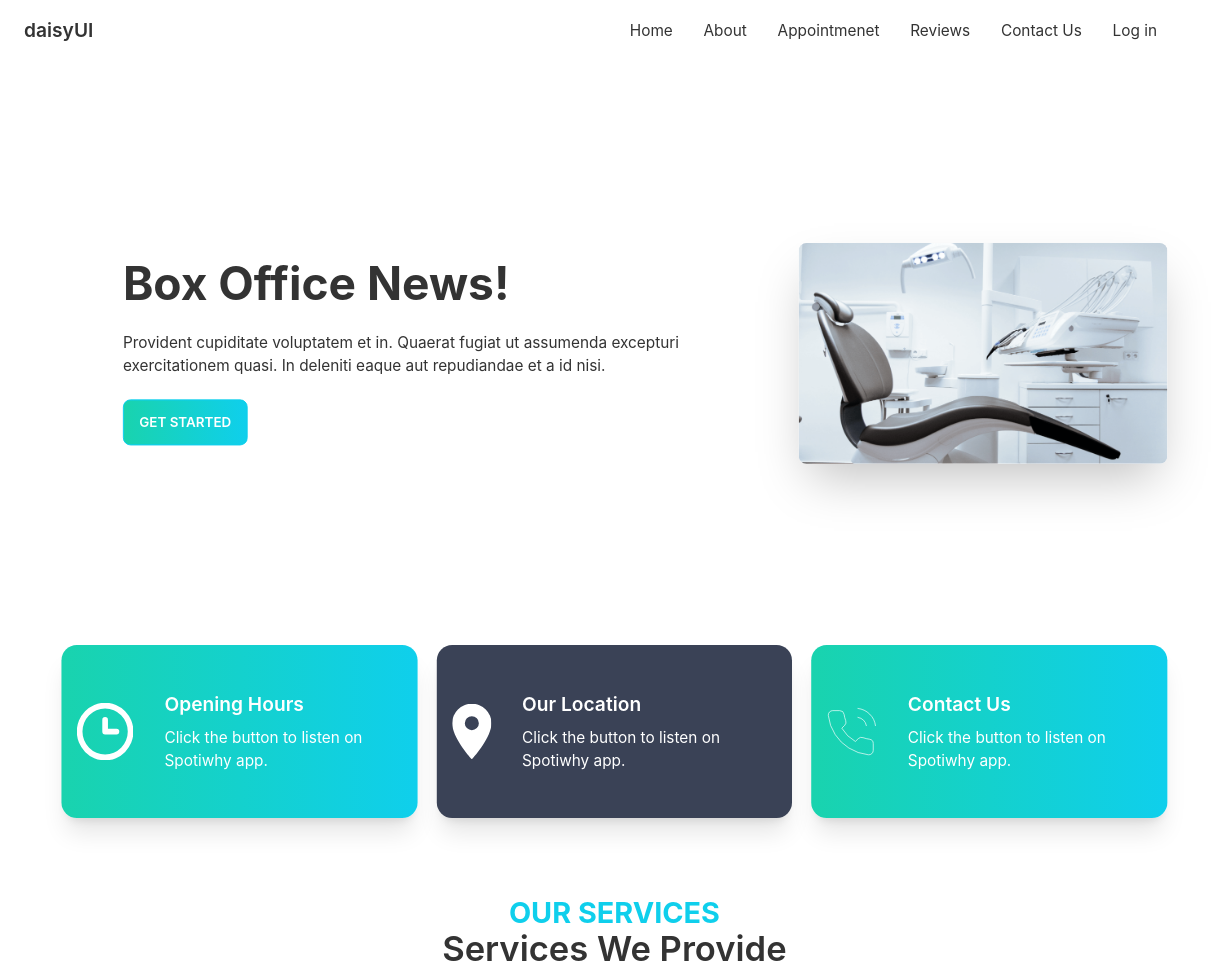
Repository: Tanvir3744/Doctors-client-website
Page: /
An editor plug-in stored every save of this project. The page is shown before and after the next save, followed by the edit.
The browser window is 1280 px wide. The pictures show the whole page, at 96% of full size.
The project was rebuilt for these pictures with package versions that can differ from the ones it lists, and the page was loaded fresh each time. Also part of the build but not shown: src/Pages/About/About.js, src/Pages/Login/Login.js, src/Pages/NotFound/NotFound.js.

Above is the page before, as saved 2022-05-25 19:53:17.

### src/App.js
import { Routes, Route } from 'react-router-dom'
import About from './Pages/About/About';
import Home from './Pages/Home/Home';
import Login from './Pages/Login/Login';
import NotFound from './Pages/NotFound/NotFound';
import Navbar from './Pages/Shared/Navbar';
function App() {
  return (
    <div className="App">
      <Navbar></Navbar>
      <Routes>
        <Route path='/' element={<Home />}></Route>
        <Route path='/home' element={<Home />}></Route>
        <Route path='/about' element={<About />}></Route>
        <Route path='/login' element={<Login />}></Route>
        <Route path='*' element={<NotFound />}></Route>
      </Routes>
    </div>
  );
}

export default App;

### src/Pages/Home/Home.js
import React from 'react';
import InfoCards from '../../components/InfoCards';
import Banner from './Banner/Banner';
import Services from './Services';

const Home = () => {
    return (
        <div>
            <Banner />
            <InfoCards />
            <Services />
        </div>
    );
};

export default Home;

### src/Pages/Shared/Navbar.js
import React from 'react';
import { Link } from 'react-router-dom';

const Navbar = () => {
    //menu items stored here
    const menuItems = <>
        <li><Link to="/">Home</Link></li>
        <li><Link to="/about">About</Link></li>
        <li><Link to="/appointment">Appointmenet</Link></li>
        <li><Link to="/reviews">Reviews</Link></li>
        <li><Link to="/contact">Contact Us</Link></li>
        <li><Link to="/login">Log in </Link></li>
    </>
    return (
        <div>
            <div class="navbar bg-base-100">
                <div class="navbar-start">
                    <div class="dropdown">
                        <label tabindex="0" class="btn btn-ghost lg:hidden">
                            <svg xmlns="http://www.w3.org/2000/svg" class="h-5 w-5" fill="none" viewBox="0 0 24 24" stroke="currentColor"><path stroke-linecap="round" stroke-linejoin="round" stroke-width="2" d="M4 6h16M4 12h8m-8 6h16" /></svg>
                        </label>
                        <ul tabindex="0" class="menu menu-compact dropdown-content mt-3 p-2 shadow bg-base-100 rounded-box w-52">
                           {menuItems}
                        </ul>
                    </div>
                    <Link to='/' class="btn btn-ghost normal-case text-xl">daisyUI</Link>
                </div>
                <div class="navbar-center hidden lg:flex">
                    <ul class="menu menu-horizontal p-0">
                        {menuItems}
                    </ul>
                </div>
            </div>
        </div>
    );
};

export default Navbar;

### src/components/InfoCards.js
import React from 'react';
import ChildInfoCards from './ChildInfoCards';
import Clock from './../assets/icons/clock.svg'
import Marker from './../assets/icons/marker.svg'
import Phone from './../assets/icons/phone.svg'
const InfoCards = () => {

    return (
        <div className='grid px-16 grid-cols-1 lg:grid-cols-3 gap-5 -mt-28'>
            <ChildInfoCards bgClass='bg-gradient-to-r from-secondary to-primary' cardTitle='Opening Hours' img={Clock} />
            <ChildInfoCards bgClass='bg-warning' cardTitle='Our Location' img={Marker} />
            <ChildInfoCards bgClass='bg-gradient-to-r from-secondary to-primary' cardTitle='Contact Us' img={Phone} />
        </div>
    );
};

export default InfoCards;

### src/Pages/Home/Banner/Banner.js
import React from 'react';
import chair from '../../../assets/images/chair.png'
const Banner = () => {
    return (
        <div className='px-12'>
            <div class="hero min-h-screen conatiner mx-auto">
                <div class="hero-content flex-col lg:flex-row-reverse -mt-28">
                    <img src={chair} class="max-w-sm rounded-lg shadow-2xl " />
                    <div className='px-16'>
                        <h1 class="text-5xl font-bold">Box Office News!</h1>
                        <p class="py-6">Provident cupiditate voluptatem et in. Quaerat fugiat ut assumenda excepturi exercitationem quasi. In deleniti eaque aut repudiandae et a id nisi.</p>
                        <button class="btn btn-primary text-white rounded-lg bg-gradient-to-r from-secondary to-primary">Get Started</button>
                    </div>
                </div>
            </div>
        </div>
    );
};

export default Banner;

### src/Pages/Home/Services.js
import React from 'react';

const Services = () => {
    return (
        <div>
            <div className='text-3xl text-center mt-20'>
                <h3 className='text-primary uppercase font-bold'>Our Services</h3>
                <h2 className='text-4xl text-dark capitalize font-semibold'>Services we provide</h2>
            </div>
        </div>
    );
};

export default Services;

### src/components/ChildInfoCards.js
import React from 'react';

const ChildInfoCards = (props) => {
    const {img, cardTitle, bgClass} = props;
    return (
        <div className='container'>
            <div className={`card lg:card-side shadow-xl p-4 pl-4  ${bgClass}`}>
                <figure><img src={img} alt="Info cards" /></figure>
                <div class="card-body text-white">
                    <h2 class="card-title">{cardTitle}</h2>
                    <p>Click the button to listen on Spotiwhy app.</p>
                </div>
            </div>
        </div>
    );
};

export default ChildInfoCards;

### tailwind.config.js
module.exports = {
  content: ["./src/**/*.{html,js}"],
  theme: {
    extend: {},
  },
  daisyui: {
    themes: [
      {

        mytheme: {
          primary: "#0FCFEC",
          secondary: "#19D3AE",
          neutral: "#3d4451",
          warning : "#3A4256",
          accent: "#37cdbe",
          "base-100": "#ffffff",
        },
      },
      "cupcake",
    ],
  },
  plugins: [require("daisyui")],
}

Loaded but not shown: public/index.html (common file); src/index.js (common file); src/index.css (common file); src/reportWebVitals.js (common file)

After the next save:
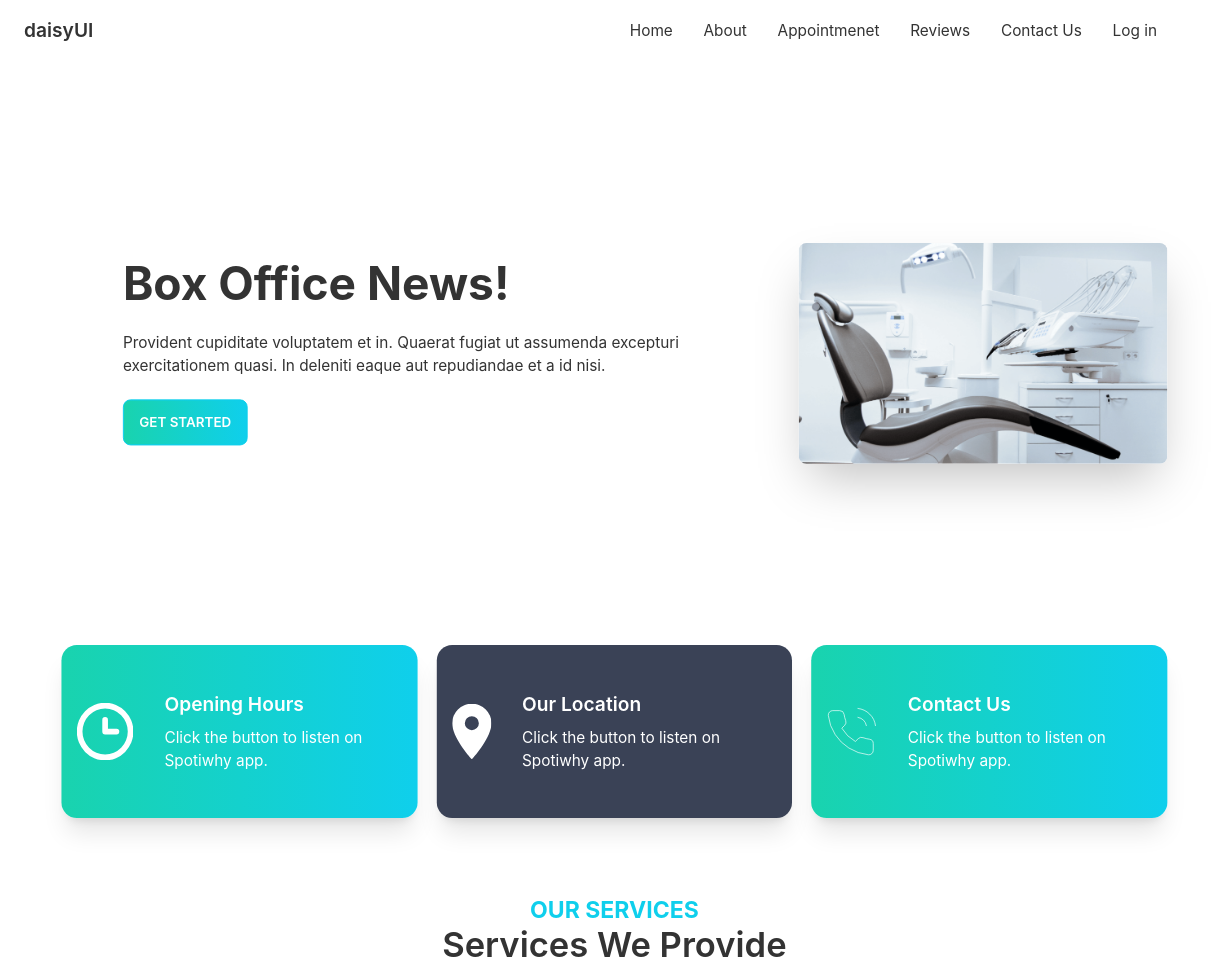
Saved 27 s later.
--- a/src/Pages/Home/Services.js
+++ b/src/Pages/Home/Services.js
@@ -3,8 +3,8 @@ import React from 'react';
 const Services = () => {
     return (
         <div>
-            <div className='text-3xl text-center mt-20'>
-                <h3 className='text-primary uppercase font-bold'>Our Services</h3>
+            <div className=' text-center mt-20'>
+                <h3 className='text-primary uppercase font-bold text-2xl'>Our Services</h3>
                 <h2 className='text-4xl text-dark capitalize font-semibold'>Services we provide</h2>
             </div>
         </div>
